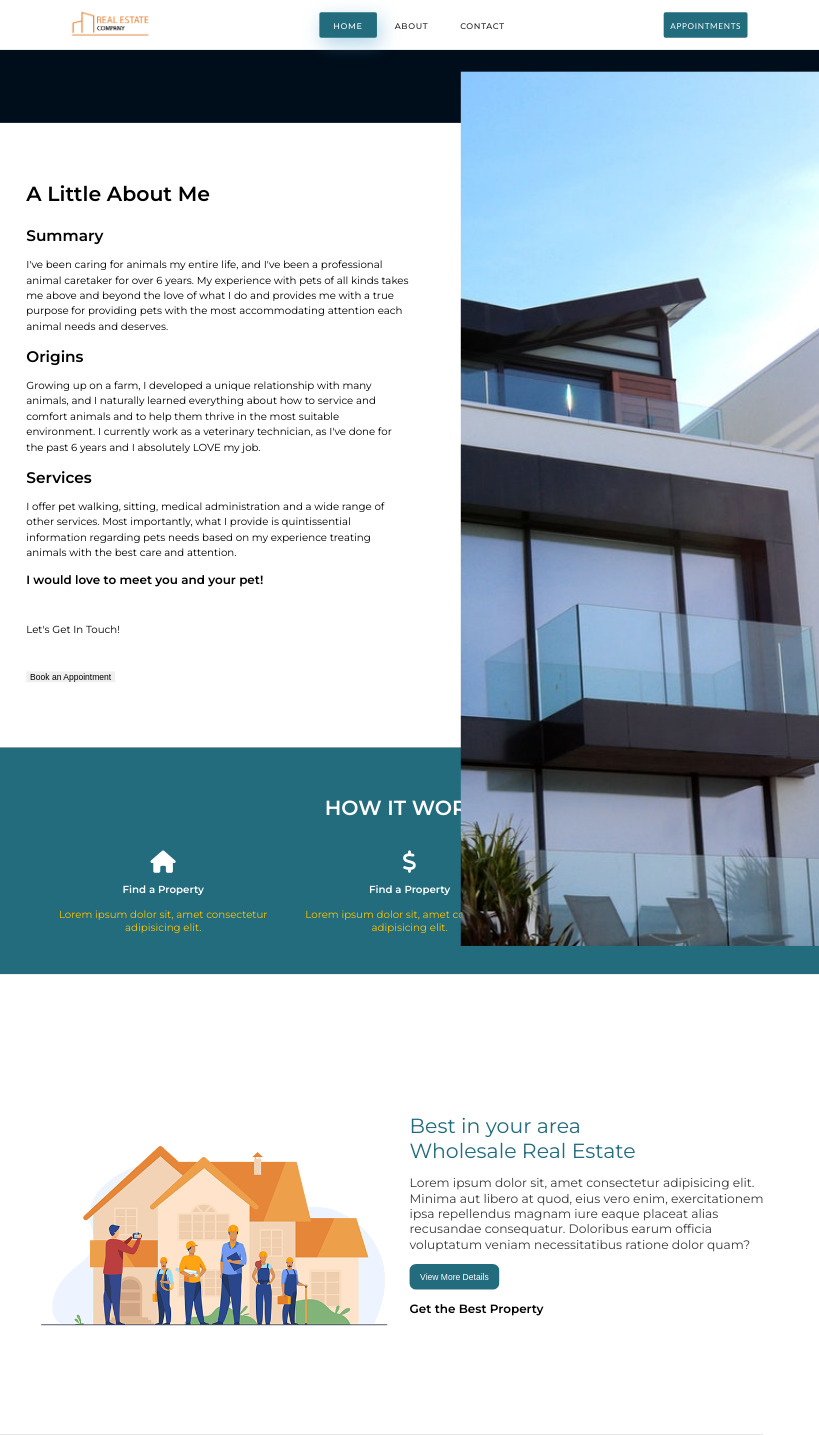
Repository: gabe126679/Mikes-site
Page: /about
These files come from the project's save history. The page is drawn as it stood at one moment and after the next save; the edit follows.
The browser window is 1280 px wide. The pictures show the whole page, at 64% of full size.
Some web libraries are served in a nearby version. The project was rebuilt for these pictures with package versions that can differ from the ones it lists, and the page was loaded fresh each time. Also part of the build but not shown: src/components/Header.jsx, src/components/Contact.jsx, src/components/Agentbox.jsx, src/components/Agent.jsx, src/components/Bproperty.jsx, src/components/Item.js, src/components/CarouselItem.jsx, src/components/Properties.jsx and 1 more.

Above is the page before, as saved 2022-04-19 14:21:29.

After the next save:
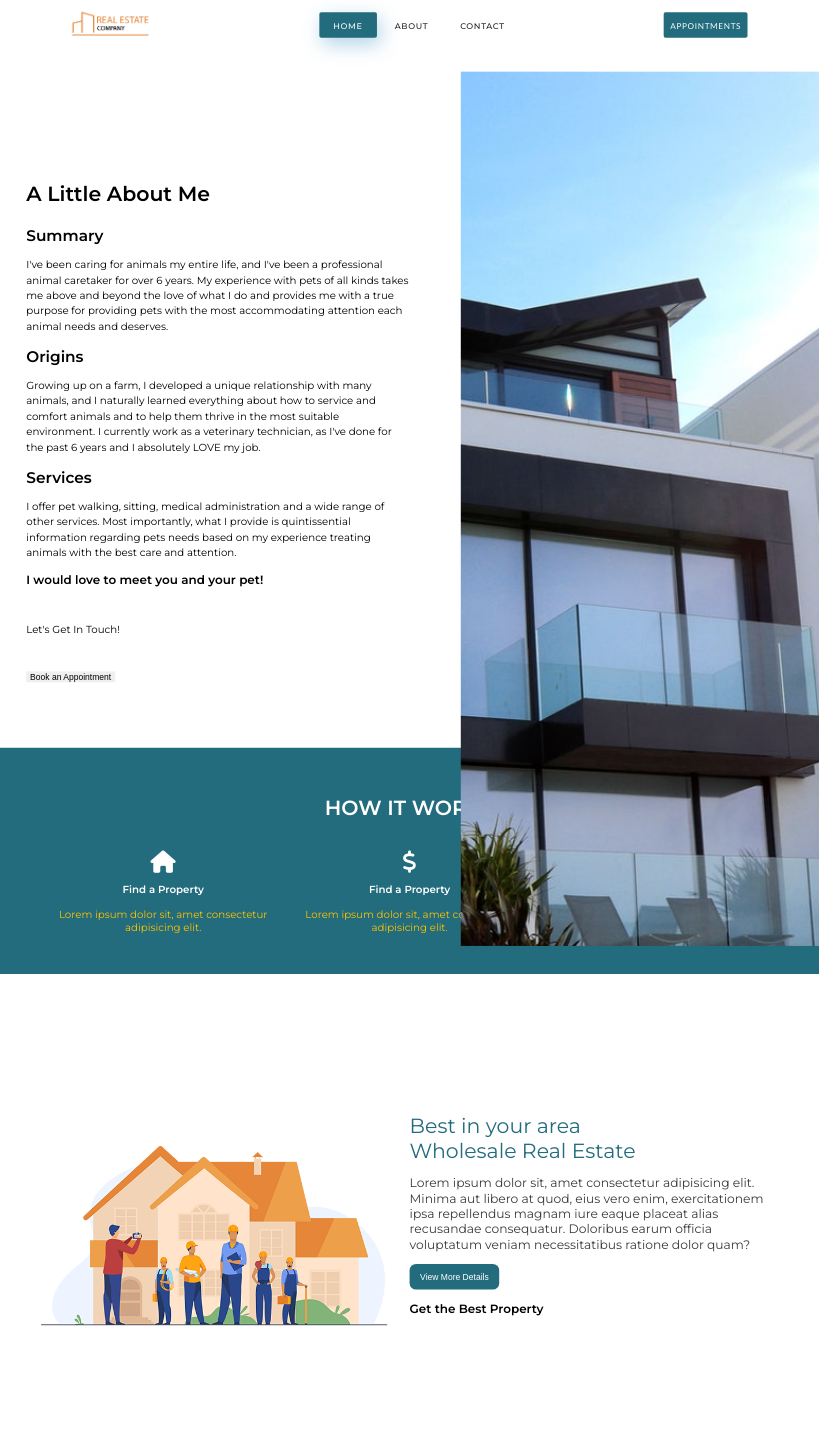
Saved 7 s later.
--- a/src/components/PageAbout.jsx
+++ b/src/components/PageAbout.jsx
@@ -6,8 +6,6 @@ import About from "./About"
 import Howitworks from "./Howitworks"
 
 const Section = styled.section`
-  background: #000d1a;
-
   display: flex;
   flex-direction: column;
   justify-content: center;
